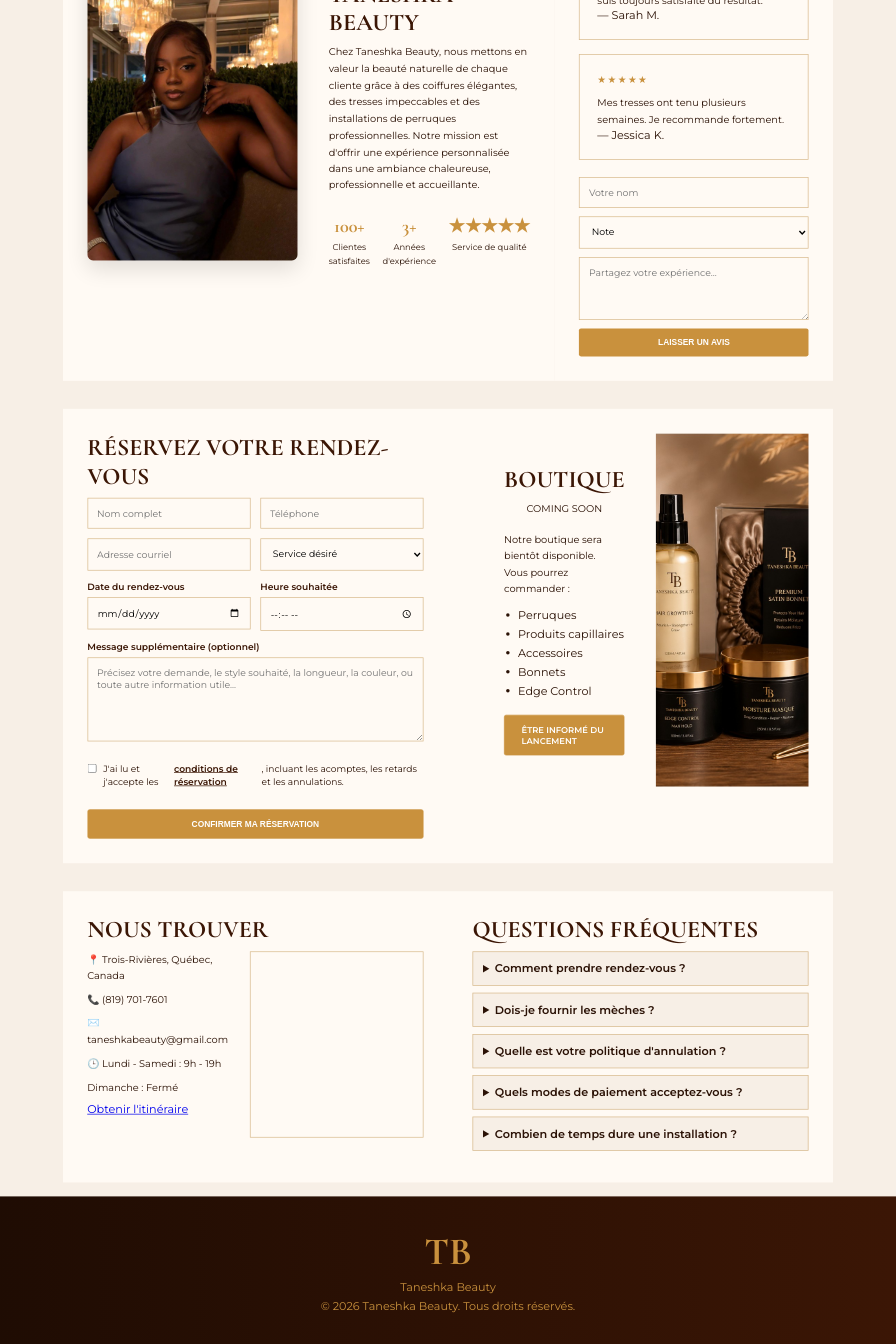
Repository: kngnepi/Taneshka-Beauty-House
Page: index.html
The author's editor kept a copy of each file at every save. The page is drawn from the files as they stood at one save, then again after the next save.
The browser window is 1280 px wide. The pictures show the part of the page from y = 2233 to 4153 px (the page is 4153 px tall), at 70% of full size.
Pictures or frames that could not be fetched are drawn as grey boxes.

Above is the page before, as saved 2026-07-05 21:12:21.

After the next save:
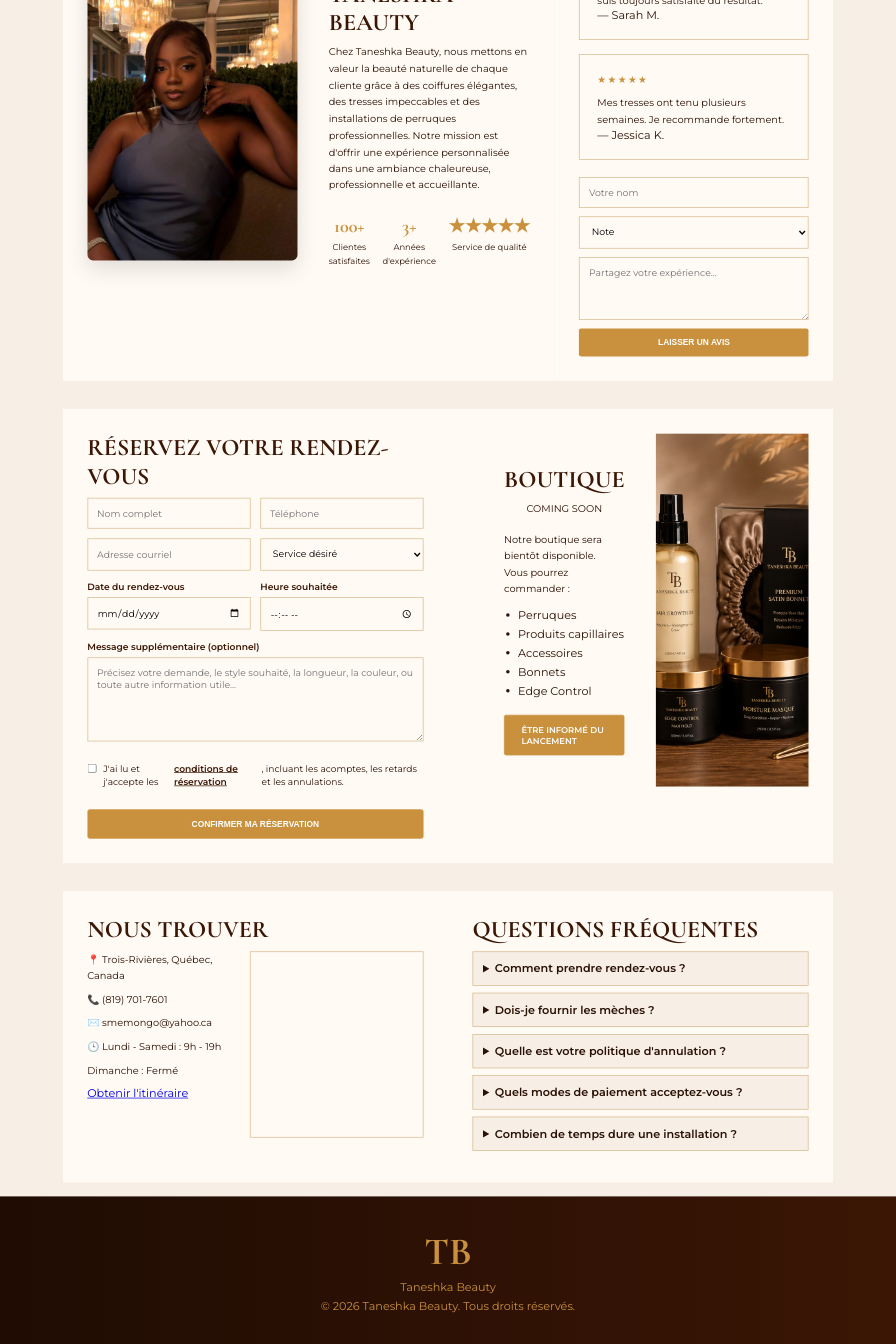
Saved 12 min 16 s later.
--- a/index.html
+++ b/index.html
@@ -321,7 +321,7 @@
     <div class="location-info">
       <p>📍 Trois-Rivières, Québec, Canada</p>
       <p>📞 (819) 701-7601</p>
-      <p>✉️ taneshkabeauty@gmail.com</p>
+      <p>✉️  smemongo@yahoo.ca</p>
       <p>🕒 Lundi - Samedi : 9h - 19h</p>
       <p>Dimanche : Fermé</p>
 
